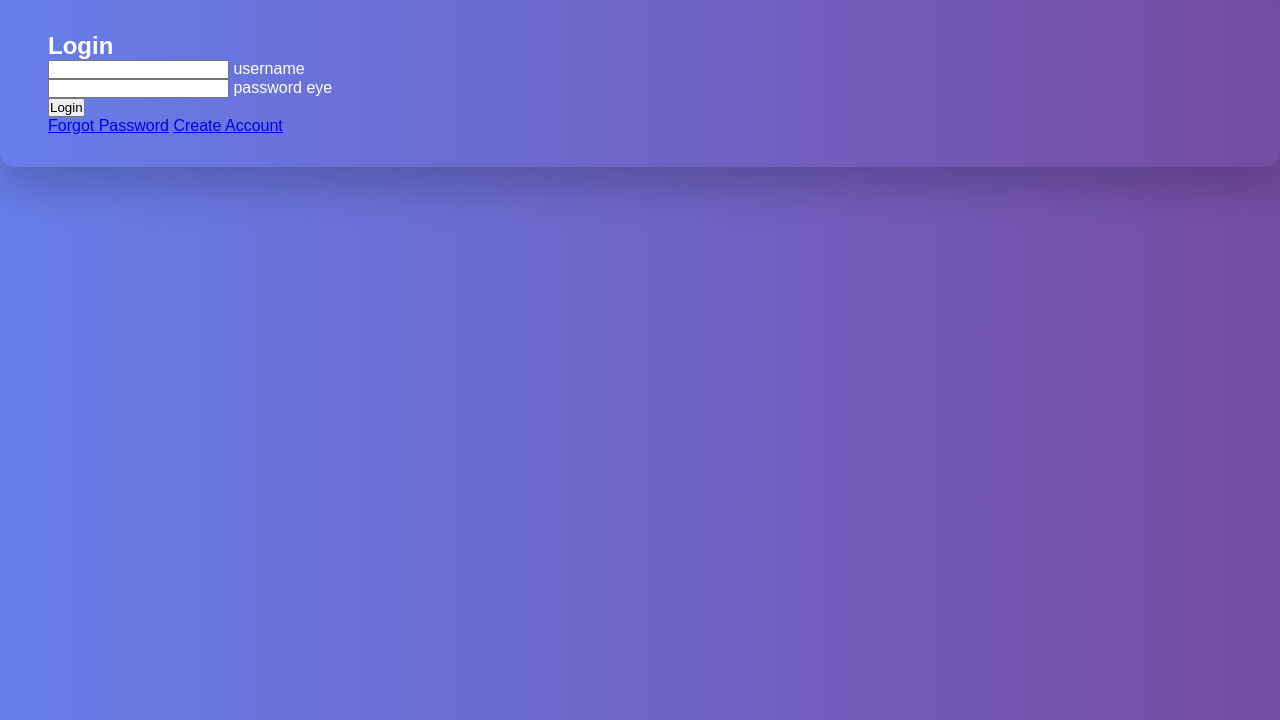
Repository: wingming07/Agro_mart
Page: login/login.html
An editor plug-in stored every save of this project. The page is shown before and after the next save, followed by the edit.
The browser window is 1280 px wide. The pictures show the whole page.

Above is the page before, as saved 2025-06-10 17:14:15.

### login/login.html
<!DOCTYPE html>
<html lang="en">
<head>
    <meta charset="UTF-8">
    <meta name="viewport" content="width=device-width, initial-scale=1.0">
    <title>AgroMart-login</title>
    <link rel="stylesheet" href="style.css">
</head>
<body>
    <div class="login-container">
        <form class="login-form" onsubmit="return validateLogin()">
            <h2>Login</h2>
                <div class="input-group">
                    <input type="text" id="username" required>
                    <label for="username">username</label>
                </div>
                <div class="input-group">
                    <input type="password" id="password" required>
                    <label for="password">password</label>
                <span class="toggle-password" onclick="togglepassword()">eye</span>
                </div>
                <button type="submit">Login</button>
                <div class+="extra-options">
                    <a href="#">Forgot Password</a>
                        <a href="#">Create Account</a>
                </div>
        </form>
    </div>
    <script src="script.js"></script>
</body>
</html>

### login/style.css
@import url('https://fonts.googleapis.com/css2? family=poppins:wght@400;600&display=swap');
*{
    margin:0;
    padding:0;
    box-sizing: border-box;
    font-family: sans-serif;
}
body{
    background: linear-gradient(to right, #667eea,#764ba2);
    height: 100%;
    display: flex;
    justify-content: center;
    align-items: center;
}
.login-container{
    color:white;
    padding: 2rem 3rem;
    border-radius: 15px;
    box-shadow: 0 20px 40px rgba(0,0,0,0.2);
    width: 100%;
    max-width: ;

}

Loaded but not shown: login/script.js (no copy from this time; the picture is the same without it)

After the next save:
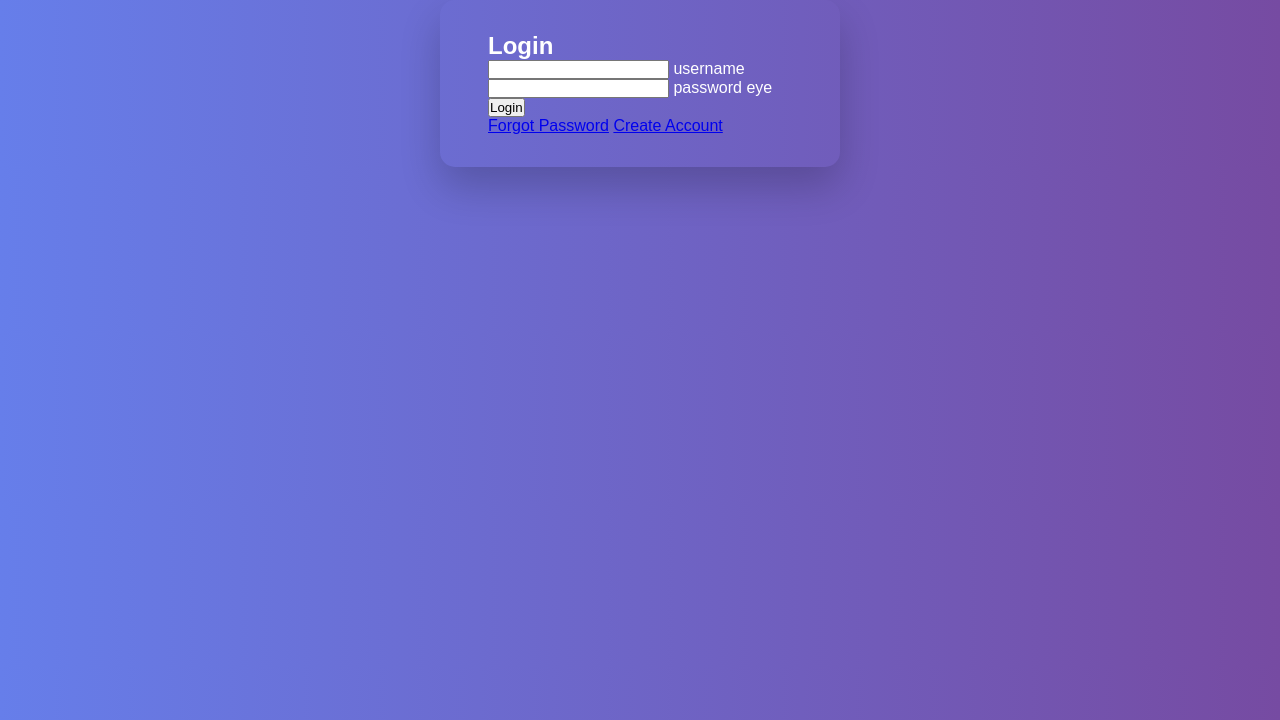
Saved 5 s later.
--- a/login/style.css
+++ b/login/style.css
@@ -18,6 +18,6 @@ body{
     border-radius: 15px;
     box-shadow: 0 20px 40px rgba(0,0,0,0.2);
     width: 100%;
-    max-width: ;
+    max-width: 400px;
 
 }
